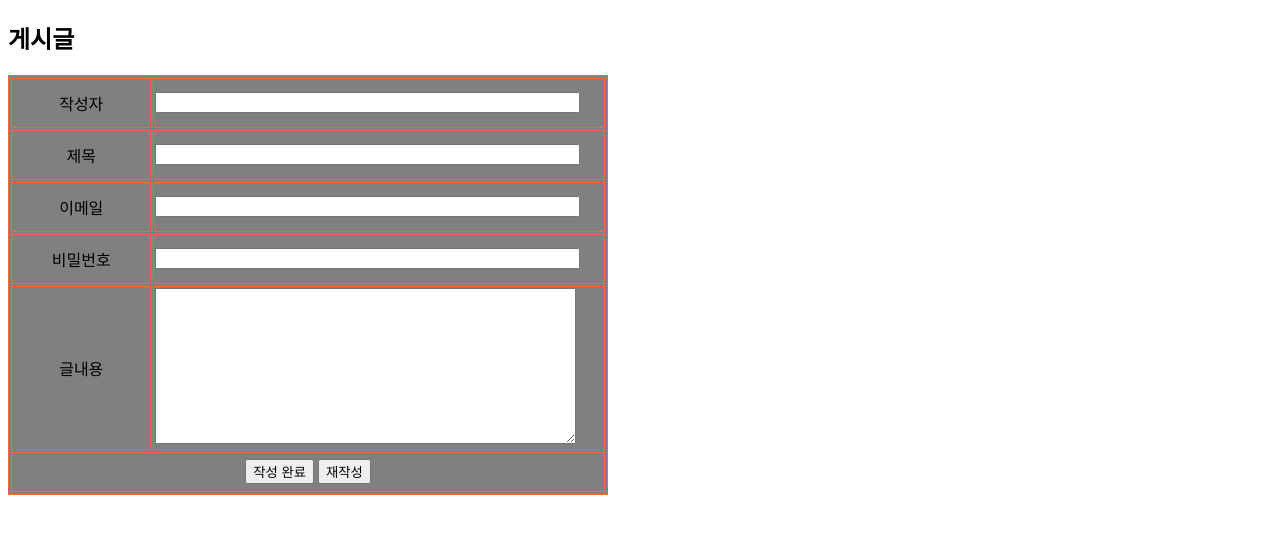
Repository: BartsimisraB/JavaPractice_
Page: http://localhost/A01_16_3/boardform.jsp
The author's editor kept a copy of each file at every save. The page is drawn from the files as they stood at one save, then again after a run of saves.
The browser window is 1280 px wide. The pictures show the whole page.
The page is served by Tomcat 9.

Above is the page before, as saved 2023-01-16 07:01:02.

After the next 2 saves:
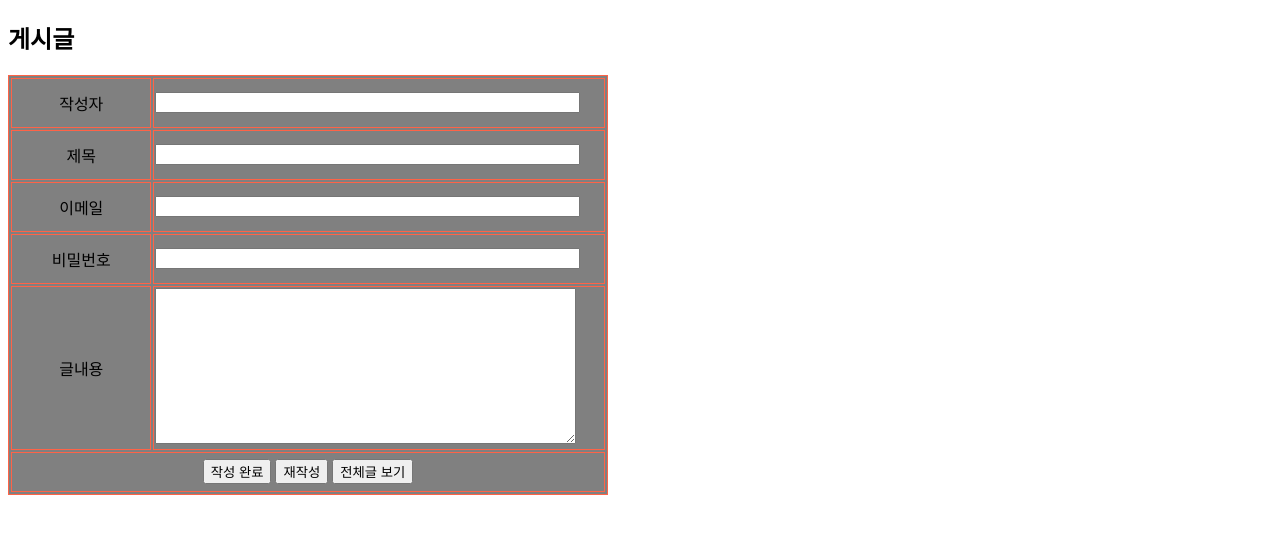
The 2 saves are shown as one change because they came seconds apart.
The last was saved 65 s later.
--- a/A01_16_3/src/main/webapp/boardform.jsp
+++ b/A01_16_3/src/main/webapp/boardform.jsp
@@ -36,6 +36,7 @@
 			<td align="center" colspan="2">
 				<input type="submit" value="작성 완료">
 				<input type="reset" value="재작성">
+				<input type="button" value="전체글 보기" onclick="location.href='boardlist.jsp'">
 			</td>
 		</tr>
 	</table>
